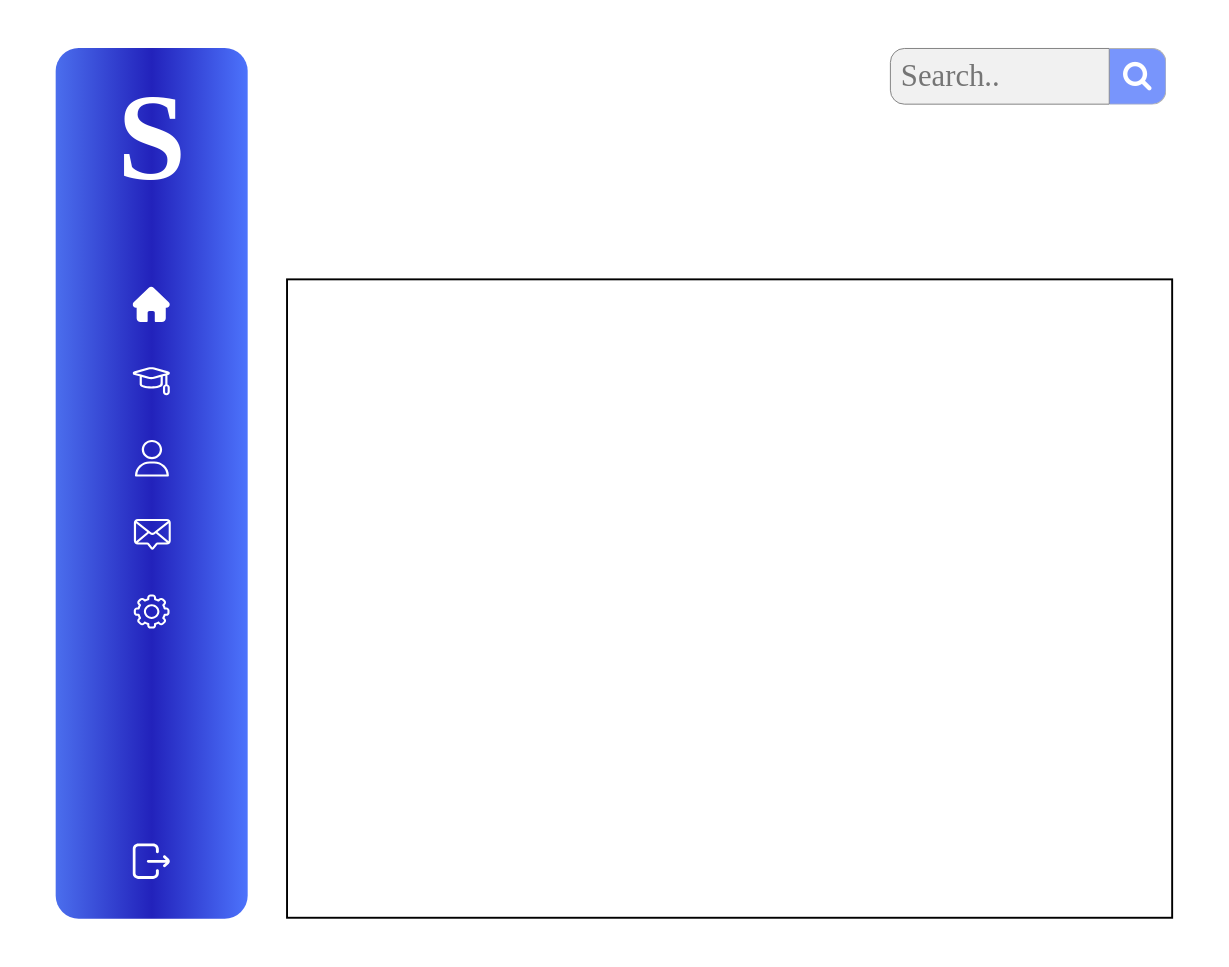
Repository: rafalzacher1/smartify-interface
Page: topics.html
An editor plug-in stored every save of this project. The page is shown before and after a run of saves, followed by the edit.
The browser window is 1280 px wide. The pictures show the whole page, at 96% of full size.
Some web fonts or font styles are not loaded; a fallback is used.

Above is the page before, as saved 2022-06-30 17:25:09.

After the next 4 saves:
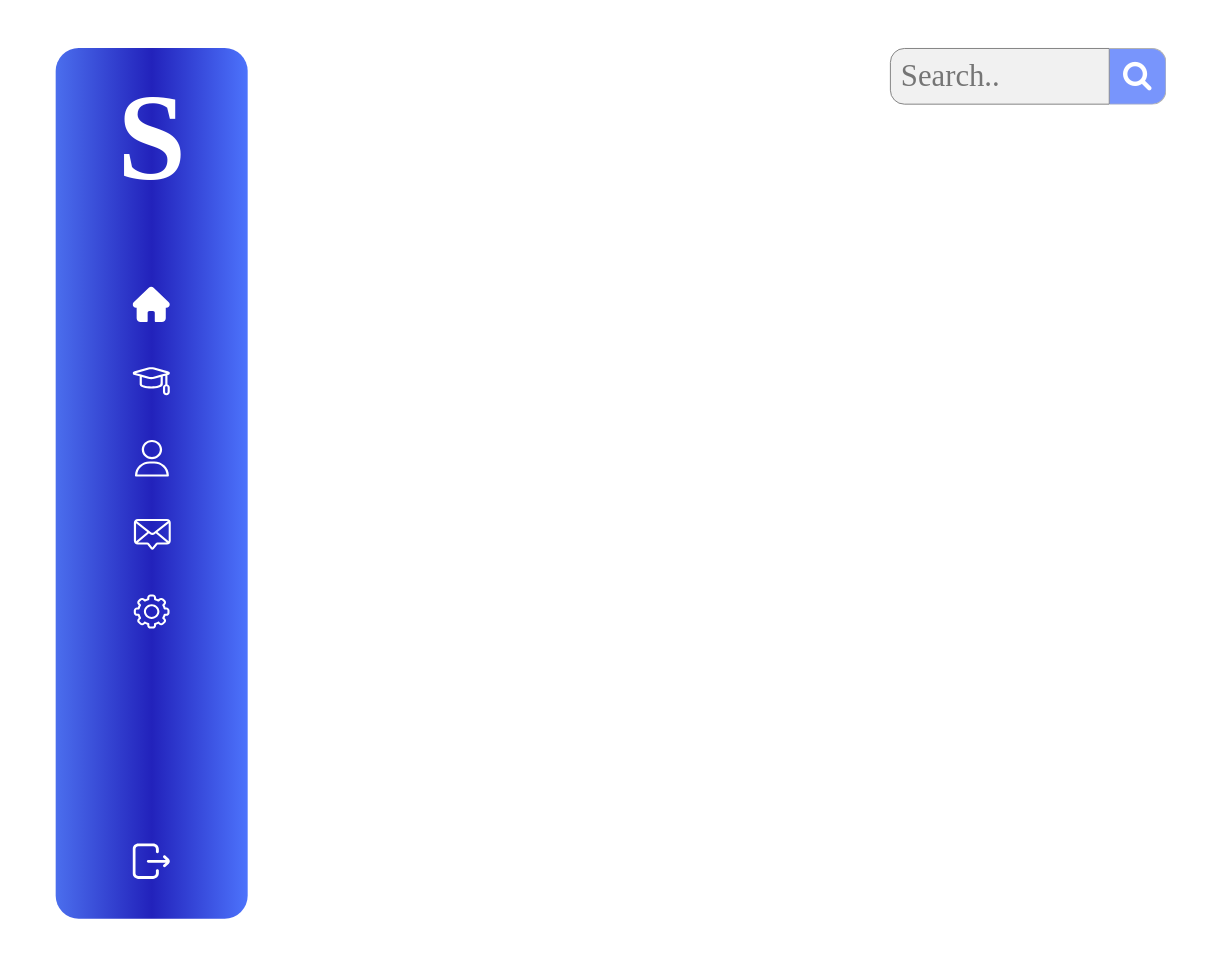
The 4 saves are shown as one change because they came seconds apart.
The last was saved 9 s later.
--- a/styles/topics.css
+++ b/styles/topics.css
@@ -1,4 +1,4 @@
-
+#topics-
 
 #topics-container {
   grid-column: 2 / 4;

After the 2 saves that followed:
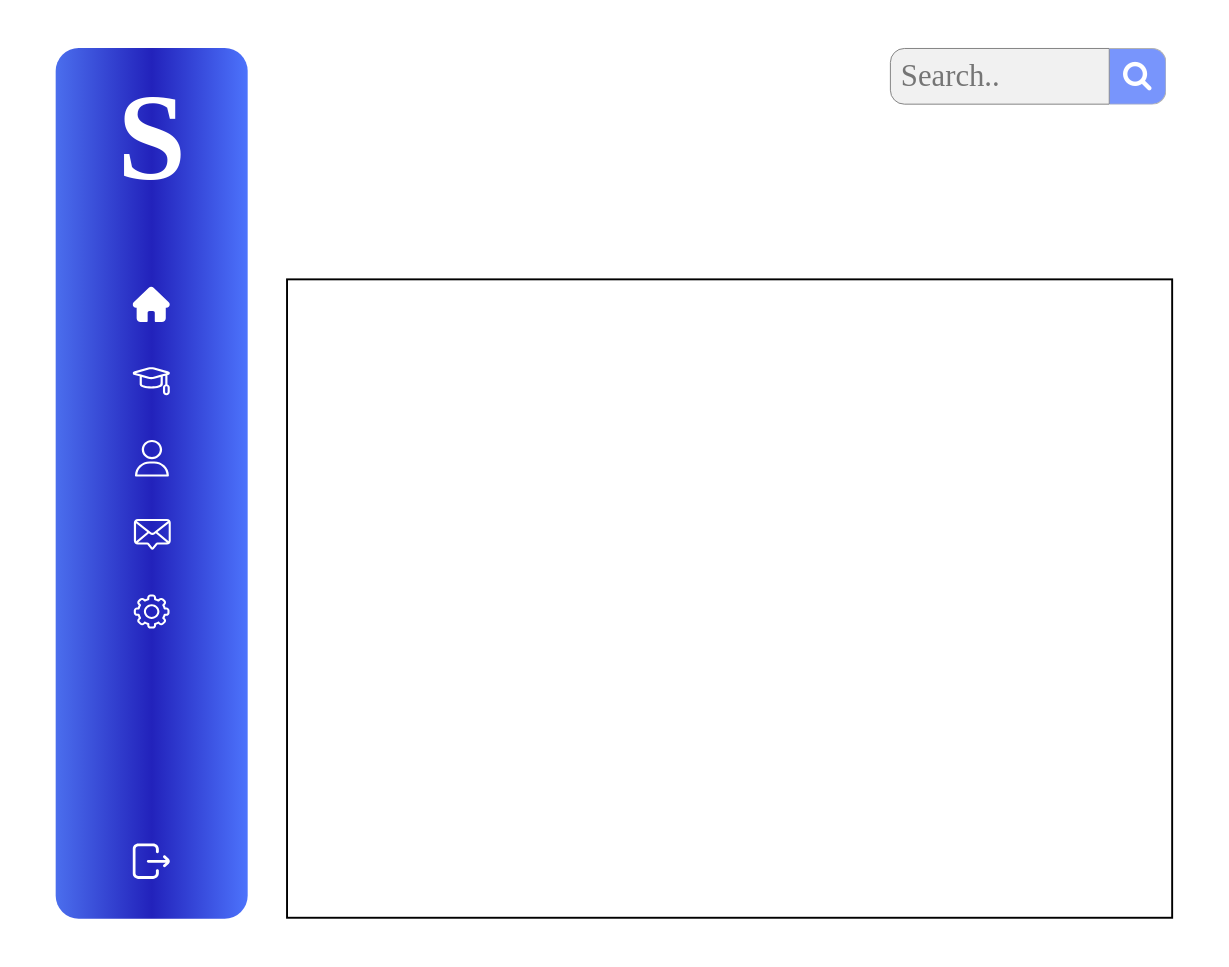
The 2 saves are shown as one change because they came seconds apart.
The last was saved 54 s later.
--- a/styles/topics.css
+++ b/styles/topics.css
@@ -1,5 +1,3 @@
-#topics-
-
 #topics-container {
   grid-column: 2 / 4;
   grid-row: 2 / 5;
